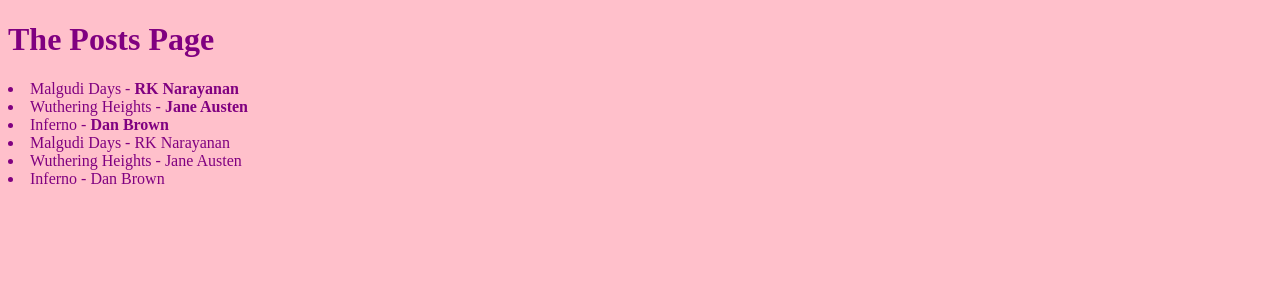
Repository: amulyakamshetty/WebDevelopment
Page: http://localhost/posts
The author's editor kept a record of every edit. The page is drawn from the files as they stood at one moment, then again after the next edit.
The browser window is 1280 px wide. The pictures show the whole page.
The page is served by the project's Node server (MoreExpress/EJSDemo/app.js).

Above is the page before.

After the next edit:
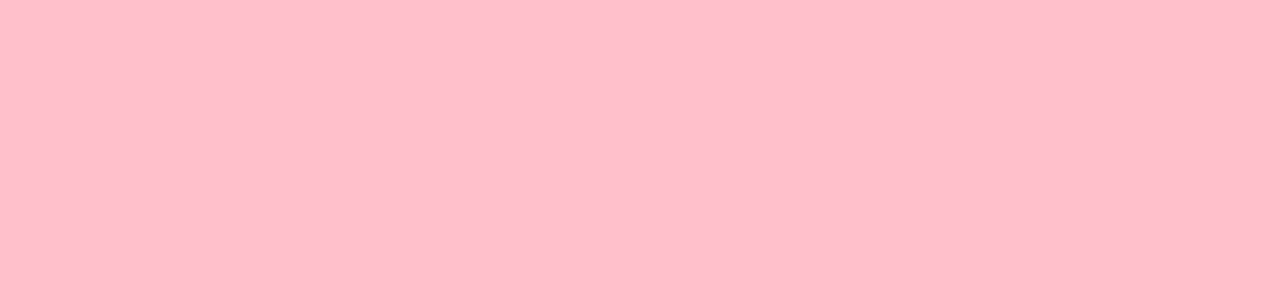
The edit:
--- a/webdev/workspace/MoreExpress/EJSDemo/views/posts.ejs
+++ b/webdev/workspace/MoreExpress/EJSDemo/views/posts.ejs
@@ -8,19 +8,3 @@
 
     </body>
 </html>
-
-
-
-
-
-<h1>The Posts Page</h1>
-
-<% for(i= 0 ; i < posts.length; i++){ %>
-<li> <%= posts[i].title %> - <strong><%= posts[i].author %> </strong> </li>
-<% } %>
-
-
-<%  posts.forEach(function(post){ %>
-
-<li><%= post.title %> - <%= post.author %></li>
-<% }) %>

After the edit that followed:
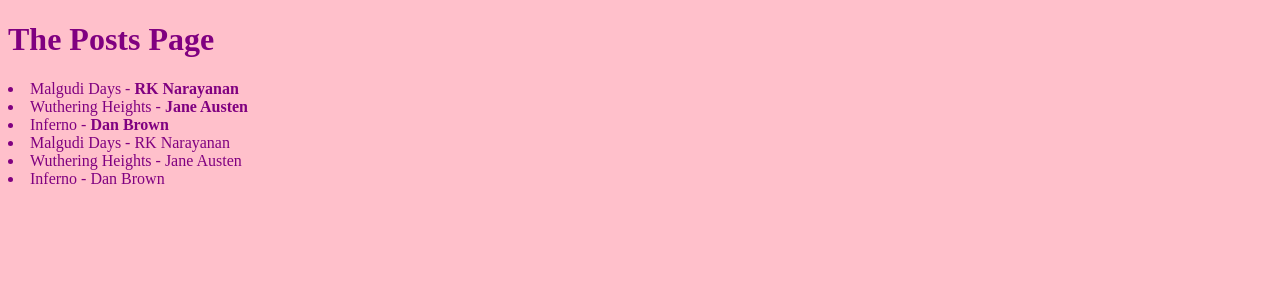
The edit:
--- a/webdev/workspace/MoreExpress/EJSDemo/views/posts.ejs
+++ b/webdev/workspace/MoreExpress/EJSDemo/views/posts.ejs
@@ -5,6 +5,17 @@
         <link rel="stylesheet" href="app.css">
     </head>
     <body>
+        <h1>The Posts Page</h1>
+
+<% for(i= 0 ; i < posts.length; i++){ %>
+<li> <%= posts[i].title %> - <strong><%= posts[i].author %> </strong> </li>
+<% } %>
+
+
+<%  posts.forEach(function(post){ %>
+
+<li><%= post.title %> - <%= post.author %></li>
+<% }) %>
 
     </body>
 </html>
